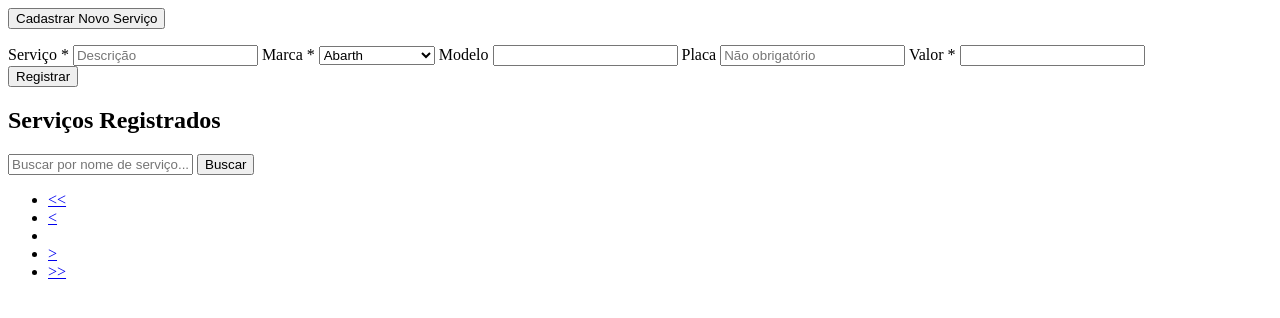
Repository: DanielGMT/AutoCenter-2.0
Page: http://localhost/Biblioteca/resources/admin/autor/content.jsp
These files come from the project's save history. The page is drawn as it stood at one moment and after the next save; the edit follows.
The browser window is 1280 px wide. The pictures show the whole page.
The page is served by Tomcat 9. Other server files are loaded and not shown.

Above is the page before, as saved 2022-03-10 11:52:57.
Console error: ReferenceError: SENAI is not defined

### Biblioteca/WebContent/resources/admin/autor/content.jsp
<script type="text/javascript" src="autor/js/autor.js"></script>

<div id="cadastrarAutor">
	<p>
		<button class="btn btn-primary" id="downButton" type="button"
			data-toggle="collapse" data-target="#collapseExample"
			aria-expanded="false" aria-controls="collapseExample">
			Cadastrar Novo Serviço <span class="caret"></span>
		</button>
	</p>
</div>
<div class="collapse" id="collapseExample">
	<form>
		<div class="form-group">
			<label for="exampleInputEmail1">Serviço *</label> <input
				class="form-control" id="inputname" placeholder="Descrição">
					<label class="control-label" for="nome">Marca *</label>
				<select class="form-control" name="marca" id="inputmarca" autocomplete="off"
				minlength="3" maxlength="25" maxlength="25">
				<option value="Abarth">Abarth</option>
				<option value="Alfa Romeo">Alfa Romeo</option>
				<option value="Alpine">Alpine</option>
				<option value="Aston Martin">Aston Martin</option>
				<option value="Audi">Audi</option>
				<option value="Bentley">Bentley</option>
				<option value="BMW">BMW</option>
				<option value="Citroën">Citroën</option>
				<option value="Chevrolet">Chevrolet</option>
				<option value="Cupra">Cupra</option>
				<option value="Dacia">Dacia</option>
				<option value="DS">DS</option>
				<option value="Ferrari">Ferrari</option>
				<option value="Fiat">Fiat</option>
				<option value="Ford">Ford</option>
				<option value="Hafei">Hafei</option>
				<option value="Honda">Honda</option>
				<option value="Hyundai">Hyundai</option>
				<option value="Jaguar">Jaguar</option>
				<option value="JEEP">JEEP</option>
				<option value="KIA">KIA</option>
				<option value="Lamborghini">Lamborghini</option>
				<option value="Land Rover">Land Rover</option>
				<option value="Lexus">Lexus</option>
				<option value="Lifan">Lifan</option>
				<option value="Maserati">Maserati</option>
				<option value="Mazda">Mazda</option>
				<option value="Mercedes-Benz">Mercedes-Benz</option>
				<option value="MG">MG</option>
				<option value="MINI">MINI</option>
				<option value="Mitsubishi">Mitsubishi</option>
				<option value="Nissan">Nissan</option>
				<option value="Opel">Opel</option>
				<option value="Peugeot">Peugeot</option>
				<option value="Porsche">Porsche</option>
				<option value="Renault">Renault</option>
				<option value="SEAT">SEAT</option>
				<option value="Skoda">Skoda</option>
				<option value="Smart">Smart</option>
				<option value="Suzuki">Suzuki</option>
				<option value="Subaru">Subaru</option>
				<option value="TESLA">TESLA</option>
				<option value="Toyota">Toyota</option>
				<option value="Volkswagen">Volkswagen</option>
				<option value="Volvo">Volvo</option>
			</select>
		<label for="exampleInputEmail1">Modelo</label> <input
				class="form-control" id="inputmodelo">

		<label for="placa">Placa</label> <input
				class="form-control" id="inputname" placeholder="Não obrigatório">
		<label for="valor">Valor *</label> <input
				class="form-control" id="inputname">
		<div id="entrar">
			<button type="button" id="add-new"
				onclick="SENAI.biblioteca.cadastrarServico()" class="btn btn-primary">Registrar</button>
		</div>
	</form>

</div>
<div class="table-wrapper">
	<div class="col-md-12">
		<h2 class="pt-3 pb-4 text-center font-bold font-up deep-purple-text">Serviços
			Registrados</h2>
		<div id="divBusca">
			<input type="text" class='form-control' id="searchBar" placeholder="Buscar por nome de serviço..." />
			<button id="searchButton" OnClick="SENAI.biblioteca.buscarAutor()">Buscar</button>
		</div>
	</div>
	<div class="resultadoAutores"></div>
<ul class="pagination">
    <li class="page-item">
      <a class="first" href="#"><<</a>
    </li>
    <li class="page-item">
      <a class="prev" href="#"><</a>
    </li>
   <li class="numbers">

   </li>
    <li class="page-item">
      <a class="next" href="#">></a>
    </li>
    <li class="page-item">
      <a class="last" href="#">>></a>
    </li>
  </ul>
	<div class="clearfix">
		<div class="hint-text"></div>

	</div>
</div>
<div id="editarServico" style="display: none">
	<label>Serviço:</label> <input id="servicoEdit" class='form-control' name="servico" type="text">
	<input name="idServico" id="idAutorEdit" type="hidden">
	<label>Marca:</label> <input id="marcaEdit" class='form-control' name="marca" type="text">
	<input name="idMarca" id="idMarcaEdit" type="hidden">
	<label>Modelo:</label> <input id="modeloEdit" class='form-control' name="modelo" type="text">
	<input name="idModelo" id="idModeloEdit" type="hidden">
	<label>Placa:</label> <input id="placaEdit" class='form-control' name="placa" type="text">
	<input name="idPlaca" id="idPlacaEdit" type="hidden">
	<label>Valor:</label> <input id="valorEdit" class='form-control' name="valor" type="text">
	<input name="idValor" id="idValorEdit" type="hidden">
</div>

<div id="msg" style="display: none"></div>

### Biblioteca/WebContent/resources/admin/autor/js/autor.js
SENAI.biblioteca = new Object();

$(document)
		.ready(
				function() {
					SENAI.biblioteca.cadastrarServico = function() {

						var novoAutor = new Object();
						novoAutor.nome = $("#inputname").val();

						var cfgajax = {
							url : "../../rest/bibliotecaRest/addAutor",
							data : novoAutor,

							success : function(msg) {
								var cfg = {
									title : "Mensagem",
									height : 250,
									width : 400,
									modal : true,
									buttons : {
										"OK" : function() {
											$(this).dialog("close");
										}
									}
								};
								$("#msg").html(msg);
								$("#msg").dialog(cfg);

								SENAI.biblioteca.buscarAutor();
							},

							error : function(err) {
								alert("Erro ao cadastrar um novo autor!"
										+ err.responseText);
							}

						};

						SENAI.ajax.post(cfgajax);
					};

					SENAI.biblioteca.buscarAutor = function() {
						var valorBusca = $("#searchBar").val();
						SENAI.biblioteca.exibirAutores(undefined, valorBusca);
					};


					SENAI.biblioteca.exibirAutores = function(listaDeAutores,
							valorBusca) {
						var search = document.getElementById("searchBar");
						search.addEventListener("keyup", function(event) {
						  if (event.keyCode === 13) {
						   event.preventDefault();
						   document.getElementById("searchButton").click();
						  }
						});
						var html = "<table class='table table-bordered'>";
						html += "<tr><th>Nome</th><th id='acao'>Ações</th></tr>";
						if (listaDeAutores != undefined
								&& listaDeAutores.length > 0) {

							let perPage = 12
							const state = {
							  page: 1,
							  perPage,

							  totalPage: Math.ceil(listaDeAutores.length / perPage),
							  maxVisibleButtons: 5
							}

						 const html = {
									get(element){
										return document.querySelector(element)
									}
							}






							const controls = {
							  next(){
							    state.page++

							    const lastPage = state.page > state.totalPage
							    if(lastPage) {
							    	state.page--
							    }
							  },
							  prev(){
								  state.page--
								  if(state.page < 1){
									  state.page++
								  }
							  },
							  goTo(page){
								 state.page = +page
							   },

							  createListeners() {


								  html.get('.next').addEventListener('click', () => {
									  controls.next()
									  update()
								  })

								  html.get('.prev').addEventListener('click', () => {
									  controls.prev()
									  update()
								  })

								 html.get('.last').addEventListener('click', () => {
									  controls.goTo(state.totalPage)
									  update()
								  })

								  html.get('.first').addEventListener('click', () => {
									  controls.goTo(1)
									  update()
								  })}


							}

							var str1 = "";

							var n = "";
							var date = new Date();
							var str2 = new Date();
							var dd = String(str2.getDate()).padStart(2, '0');
							var mm = String(str2.getMonth() + 1).padStart(2, '0'); //January is 0!
							var yyyy = str2.getFullYear();

							const list = {

									create(item){

										html.get('.fleinin').innerHTML += "<tr><td>"
											+ item.nome
											+ "</td>"
											+ "<td><a class = 'edit' onclick = 'SENAI.biblioteca.editarAutor("
											+ item.id
											+ "); '>"
											+ "<i class='glyphicon glyphicon-pencil'></i></a>"
											+ "<a class = 'delete' onclick = 'SENAI.biblioteca.deletarAutor("
											+ item.id
											+ ")'>"
											+ "<i class='glyphicon glyphicon-trash'></i></a></td></tr>";


							},
							createTable(){
								const table = document.createElement('table')
								table.classList.add('table')
								table.classList.add('table-bordered')

								table.innerHTML += "<tbody class ='fleinin'><tr><th>Nome</th><th>Ações</th></tr>"
								+ "</tbody>";
								html.get('.resultadoAutores').appendChild(table);
							},
							update(){

								 html.get('.resultadoAutores').innerHTML = ""
									 list.createTable()
								let page = state.page - 1
								let start = page * state.perPage
								let end = start + state.perPage
								const paginatedItems = listaDeAutores.slice(start, end)

								paginatedItems.forEach(list.create);
							 }

					 	}

						const buttons = {
								element: html.get('.pagination .numbers'),
								create(number) {
									const button = document.createElement('a')

									button.innerHTML = number;

									if(state.page == number){
										button.classList.add('active')
									}

									button.addEventListener('click', (event) => {
										const page = event.target.innerText

										controls.goTo(page)
										update()
									})

									buttons.element.appendChild(button)
								},
								update() {
									buttons.element.innerHTML = ""
										const {maxLeft, maxRight} = buttons.calculateMaxVisible()


										for(let page = maxLeft; page<=maxRight; page++){
											buttons.create(page)
										}
								},
								calculateMaxVisible(){
									const { maxVisibleButtons } = state
									let maxLeft = (state.page - Math.floor(maxVisibleButtons / 2))
									let maxRight = (state.page + Math.floor(maxVisibleButtons / 2))
								 if(maxLeft < 1){
									 maxLeft = 1
									 maxRight = maxVisibleButtons
								 }
									if(maxRight > state.totalPage){
										maxLeft = state.totalPage - (maxVisibleButtons - 1)
										maxRight = state.totalPage

										if(maxLeft < 1){
											maxLeft = 1
										}
									}

									return {maxLeft, maxRight}
								}
						}

						function update() {
							list.update()
					 		buttons.update()
					 	}

					 	function init(){
					 		update()
					 		controls.createListeners()
					 	}

					 	init();


						} else {
							if (listaDeAutores == undefined) {
								if (valorBusca == "") {
									valorBusca = null;
								}
								var cfg = {
									type : "POST",
									url : "../../rest/bibliotecaRest/buscarAutoresPorNome/"
											+ valorBusca,
									success : function(listaDeAutores) {
										SENAI.biblioteca
												.exibirAutores(listaDeAutores);
									},
									error : function(err) {
										alert("Erro ao consultar os autores: "
												+ err.responseText);
									}
								};

								SENAI.ajax.post(cfg);
							} else {
								const html = {
										get(element){
											return document.querySelector(element)
										}
								}
								html.get('.resultadoAutores').innerHTML = "<span><label><font color='red'> Nenhum registro encontrado. </font></label></span>";

							}
						}

					};

					SENAI.biblioteca.exibirAutores(undefined, "");

					SENAI.biblioteca.deletarAutor = function(id) {
						msg = "Tem certeza que deseja excluir este autor?"
							var cfg = {
									title : "Mensagem",
									height : 250,
									width : 400,
									modal : true,
									buttons : {
										"Não" : function() {
											$(this).dialog("close");
										},
										"Sim" : function(){
											var cfg = {
												type : "POST",
												url : "../../rest/bibliotecaRest/deletarAutor/"
														+ id,
												success : function(msg) {
													var qtLinhas = $("#resultadoAutores tr").length;
													$(this).parents("tr").remove();
													$("#add-new").removeAttr("disabled");
													var cfg = {
														title : "Mensagem",
														height : 250,
														width : 400,
														modal : true,
														buttons : {
															"OK" : function() {
																$(this).dialog("close");
															}
														}
													};

													$("#msg").html(msg);
													$("#msg").dialog(cfg);

													SENAI.biblioteca.buscarAutor();
												},
												error : function(err) {
													alert("Erro: "
															+ err.responseText);
												}
											};
											SENAI.ajax.post(cfg);
										}
									}
								};
						$("#msg").html(msg);
						$("#msg").dialog(cfg);
					}

					SENAI.biblioteca.editarAutor = function(id) {
						var cfg = {
							type : "POST",
							url : "../../rest/bibliotecaRest/buscarAutorPeloId/"
									+ id,
							success : function(autor) {
								$("#nomeEdit").val(autor.nome);
								$("#idAutorEdit").val(autor.id);
								SENAI.biblioteca.exibirEdicao(autor);
							},
							error : function(err) {
								alert("Erro ao editar o autor!"
										+ err.responseText);
							}
						};
						SENAI.ajax.post(cfg);
					};


					SENAI.biblioteca.exibirEdicao = function(autor) {
						var cfg = {
							title : "Editar Autor",
							height : 180,
							width : 550,
							modal : true,
							buttons : {
								"Cancelar" : function() {
									$(this).dialog("close");
								},

								"Salvar" : function() {
									var dialog = this;
									var autor = new Object();
									autor.id = $("#idAutorEdit").val();
									autor.nome = $("#nomeEdit").val();

									var cfg = {
										type : "POST",
										url : "../../rest/bibliotecaRest/editarAutor",
										data : autor,

										success : function(msg) {
											$(dialog).dialog("close");
											var cfg = {
												title : "Mensagem",
												height : 250,
												width : 400,
												modal : true,
												buttons : {
													"OK" : function() {
														$(this).dialog("close");
													}
												}
											};
											$("#msg").html(msg);
											$("#msg").dialog(cfg);

											SENAI.biblioteca.buscarAutor();
										},
										error : function(err) {
											alert("Erro ao editar o autor "+ err.responseText);
										}
									};

									SENAI.ajax.post(cfg);
								}
							},
							close : function() {
							}
						};
						$("#editarAutor").dialog(cfg);
					};


				});

After the next save:
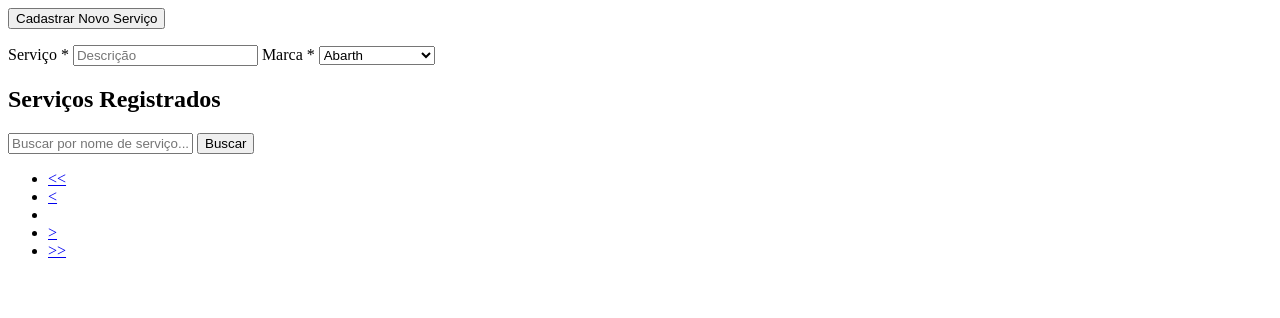
Saved 66 s later.
--- a/Biblioteca/WebContent/resources/admin/autor/content.jsp
+++ b/Biblioteca/WebContent/resources/admin/autor/content.jsp
@@ -63,17 +63,7 @@
 				<option value="Volkswagen">Volkswagen</option>
 				<option value="Volvo">Volvo</option>
 			</select>
-		<label for="exampleInputEmail1">Modelo</label> <input
-				class="form-control" id="inputmodelo">
 
-		<label for="placa">Placa</label> <input
-				class="form-control" id="inputname" placeholder="Não obrigatório">
-		<label for="valor">Valor *</label> <input
-				class="form-control" id="inputname">
-		<div id="entrar">
-			<button type="button" id="add-new"
-				onclick="SENAI.biblioteca.cadastrarServico()" class="btn btn-primary">Registrar</button>
-		</div>
 	</form>
 
 </div>

After the 2 saves that followed:
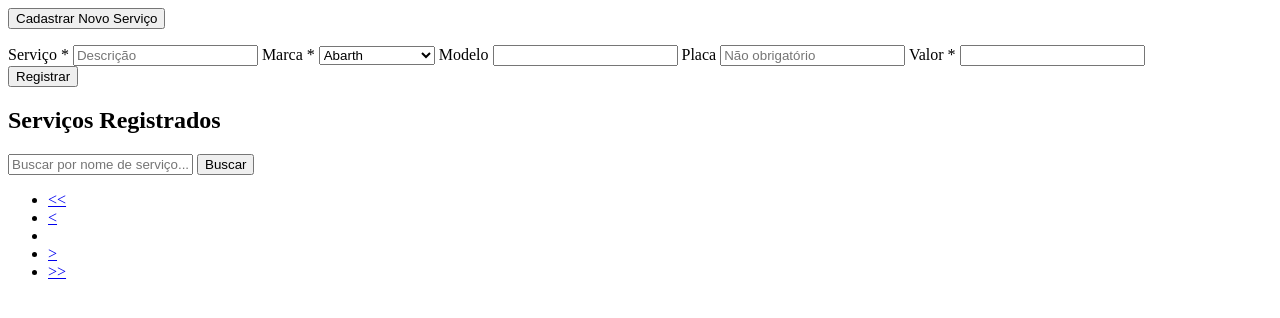
The 2 saves are shown as one change because 1 left the picture as it was.
The last was saved 38 s later.
--- a/Biblioteca/WebContent/resources/admin/autor/content.jsp
+++ b/Biblioteca/WebContent/resources/admin/autor/content.jsp
@@ -63,7 +63,17 @@
 				<option value="Volkswagen">Volkswagen</option>
 				<option value="Volvo">Volvo</option>
 			</select>
+		<label for="exampleInputEmail1">Modelo</label> <input
+				class="form-control" id="inputmodelo">
 
+		<label for="placa">Placa</label> <input
+				class="form-control" id="inputname" placeholder="Não obrigatório">
+		<label for="valor">Valor *</label> <input
+				class="form-control" id="inputname">
+		<div id="entrar">
+			<button type="button" id="add-new"
+				onclick="SENAI.biblioteca.cadastrarServico()" class="btn btn-primary">Registrar</button>
+		</div>
 	</form>
 
 </div>
